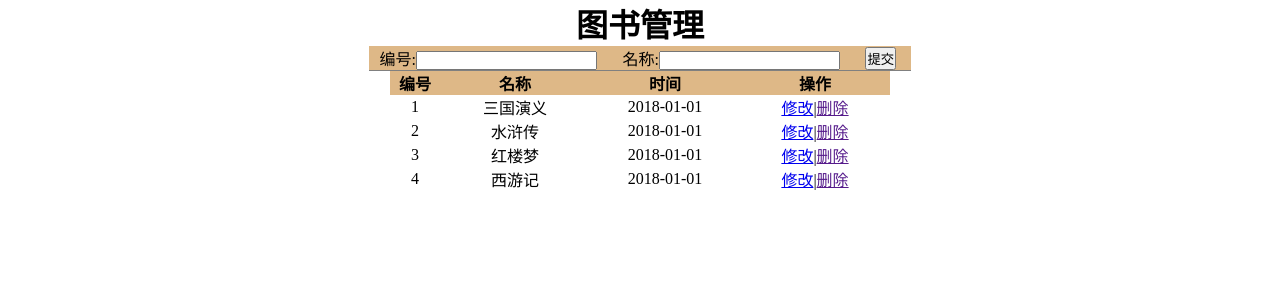
Repository: chenguocan/Vue_demo_1
Page: vue_demo_03/图书管理.html
These files come from the project's save history. The page is drawn as it stood at one moment and after the next save; the edit follows.
The browser window is 1280 px wide. The pictures show the whole page.

Above is the page before, as saved 2020-07-22 10:46:26.

### vue_demo_03/图书管理.html
<!DOCTYPE html>
<html lang="en">
  <head>
    <meta charset="UTF-8" />
    <meta name="viewport" content="width=device-width, initial-scale=1.0" />
    <title>Document</title>
    <style>
      * {
        margin: 0;
        padding: 0;
        box-sizing: border-box;
      }
      .book {
        text-align: center;
      }
      .user {
        display: flex;
        justify-content: center;
      }
      .user table {
        border-bottom: 1px solid gray;
      }
      table {
        border-collapse: collapse;
      }
      th {
        background-color: burlywood;
      }
      .user td {
        padding: 0 15px 0 10.5px;
        background-color: burlywood;
      }
      td {
        border-collapse: collapse;
      }
      .bookmsg {
        display: flex;
        justify-content: center;
      }
    </style>
  </head>
  <body>
    <div id="app">
      <div class="book">
        <h1>图书管理</h1>
        <div class="user">
          <table>
            <tr>
              <td>编号:<input type="text" name="id" v-model="addid" /></td>
              <td>
                名称:<input type="text" name="bookname" v-model="addbook" />
              </td>
              <td><button v-on:click="AddBook">提交</button></td>
            </tr>
          </table>
        </div>
        <div class="bookmsg">
          <table>
            <thead>
              <tr>
                <th width="50">编号</th>
                <th width="150">名称</th>
                <th width="150">时间</th>
                <th width="150">操作</th>
              </tr>
            </thead>
            <tbody>
              <tr :key="item.id" v-for="(item,index) in book">
                <td>{{item.id}}</td>
                <td>{{item.bookname}}</td>
                <td>{{item.date | format(item.date)}}</td>
                <td>
                  <a href="#">修改</a>|<a href="" v-on:click="del(index)"
                    >删除</a
                  >
                </td>
              </tr>
            </tbody>
          </table>
        </div>
      </div>
    </div>
  </body>
  <script src="./js/vue.js"></script>
  <script>
    Vue.filter("format", function (value, arg) {
      function dateFormat(date, format) {
        if (typeof date === "string") {
          var mts = date.match(/(\/Date\((\d+)\)\/)/);
          if (mts && mts.length >= 3) {
            date = parseInt(mts[2]);
          }
        }
        date = new Date(date);
        if (!date || date.toUTCString() == "Invalid Date") {
          return "";
        }
        var map = {
          M: date.getMonth() + 1, //月份
          d: date.getDate(), //日
          h: date.getHours(), //小时
          m: date.getMinutes(), //分
          s: date.getSeconds(), //秒
          q: Math.floor((date.getMonth() + 3) / 3), //季度
          S: date.getMilliseconds(), //毫秒
        };

        format = format.replace(/([yMdhmsqS])+/g, function (all, t) {
          var v = map[t];
          if (v !== undefined) {
            if (all.length > 1) {
              v = "0" + v;
              v = v.substr(v.length - 2);
            }
            return v;
          } else if (t === "y") {
            return (date.getFullYear() + "").substr(4 - all.length);
          }
          return all;
        });
        return format;
      }
      return dateFormat(value, arg);
    });
    let app = new Vue({
      el: "#app",
      data: {
        addbook: "",
        addid: "",
        book: [
          {
            id: 1,
            bookname: "三国演义",
            date: "2018-01-01",
          },
          {
            id: 2,
            bookname: "水浒传",
            date: "2018-01-01",
          },
          {
            id: 3,
            bookname: "红楼梦",
            date: "2018-01-01",
          },
          {
            id: 4,
            bookname: "西游记",
            date: "2018-01-01",
          },
        ],
      },
      methods: {
        AddBook: function (value) {
          //Vue.set(this.book, this.book[4].id, this.addid);
          Vue.set(this.book, this.book[1], this.bookname);
          console.log(this.book[1].bookname);
          // console.log(this.book[addid].id);
        },
        del: function (value, index) {
          console.log(index);
        },
      },
    });
  </script>
</html>

Loaded but not shown: vue_demo_03/js/vue.js (library)

After the next save:
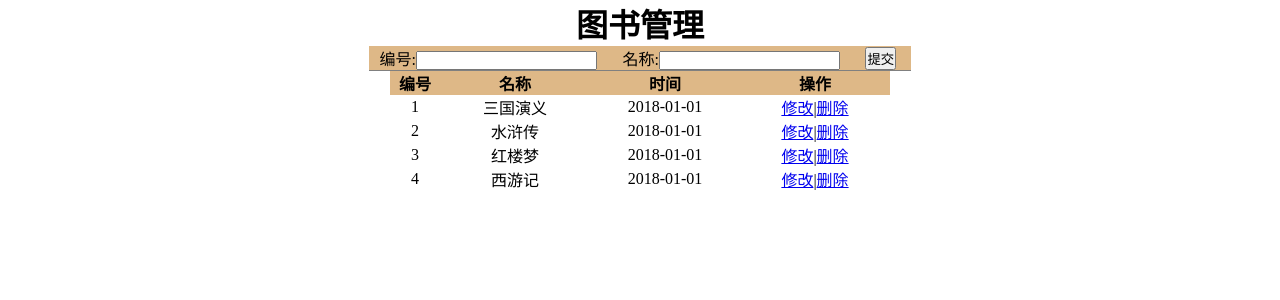
Saved 17 s later.
--- a/vue_demo_03/图书管理.html
+++ b/vue_demo_03/图书管理.html
@@ -70,7 +70,7 @@
                 <td>{{item.bookname}}</td>
                 <td>{{item.date | format(item.date)}}</td>
                 <td>
-                  <a href="#">修改</a>|<a href="" v-on:click="del(index)"
+                  <a href="#">修改</a>|<a href="#" v-on:click="del(index)"
                     >删除</a
                   >
                 </td>
